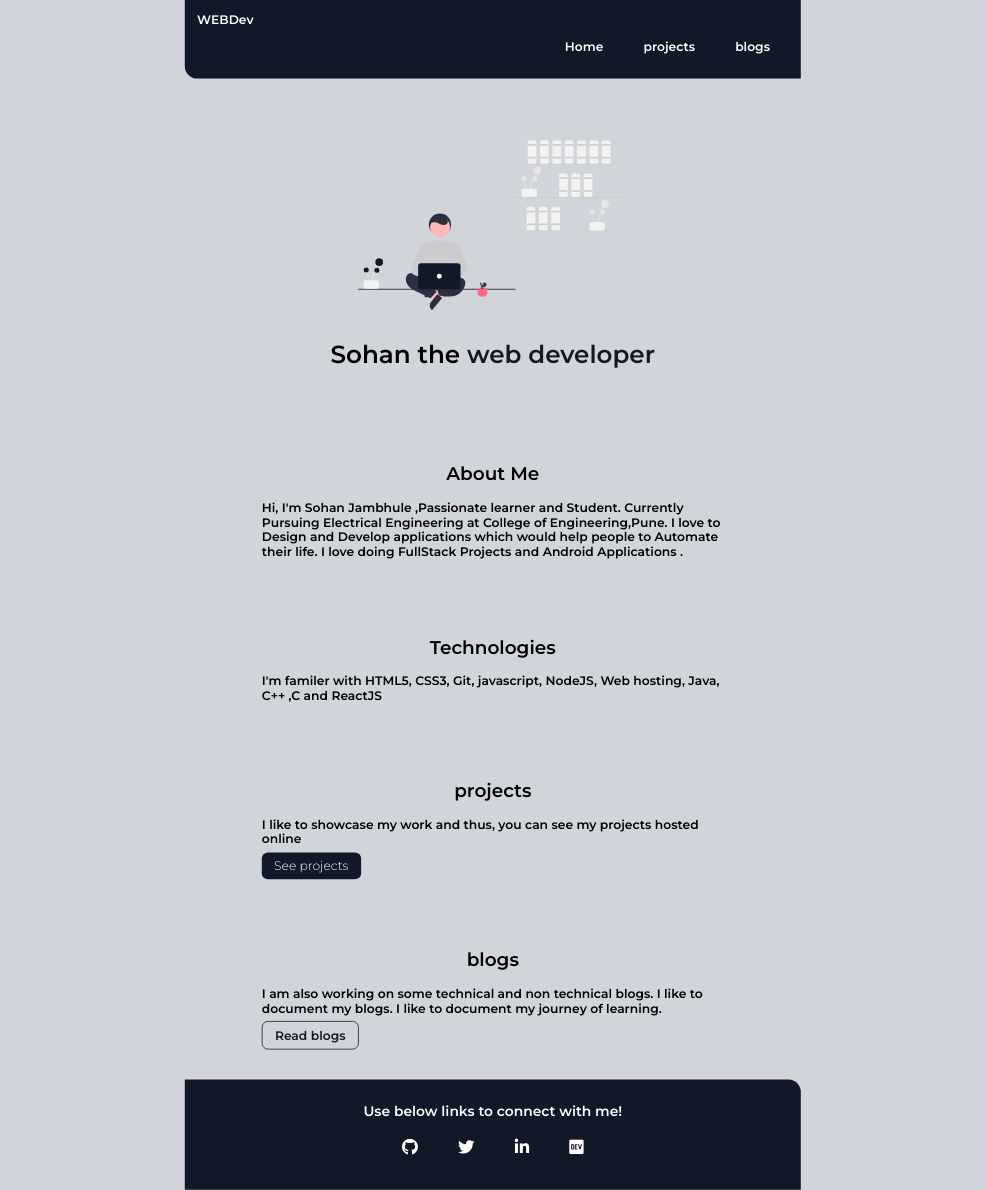
Repository: sohan2503001/Portfolio
Page: index.html
An editor plug-in stored every save of this project. The page is shown before and after the next save, followed by the edit.
The browser window is 1280 px wide. The pictures show the whole page, at 77% of full size.

Above is the page before, as saved 2021-05-26 12:03:03.

### index.html
<!DOCTYPE html>
<html lang="en">

<head>
  <meta charset="UTF-8" />
  <meta name="viewport" content="width=device-width, initial-scale=1.0" />
  <title>home | Sohan Jambhule</title>
  <link rel="stylesheet" href="style.css" />
  <link rel="stylesheet" href="https://cdnjs.cloudflare.com/ajax/libs/font-awesome/5.15.1/css/all.min.css">
  <link rel="stylesheet" href="https://cdn.jsdelivr.net/npm/boxicons@latest/css/boxicons.min.css">
  <link rel="icon" href="images/favicon.svg" sizes="any" type="image/svg+xml">

</head>

<body>

  <nav class="navigation container">
    <div class="nav-brand">WEBDev</div>
    <ul class="list-non-bullet nav-pills">
      <li class="list-item-inline">
        <a class="link link-active" href="/">Home</a>
      </li>
      <li class="list-item-inline">
        <a class="link link-active" href="projects.html">projects</a>
      </li>
      <li class="list-item-inline">
        <a class="link link-active" href="blogs.html">blogs</a>
      </li>
    </ul>
  </nav>

  <header class="hero">
    <img class="hero-img" src="images/hero.svg" alt="" />
    <h1 class="hero-heading">
      Sohan the <span class="heading-inverted"> web developer</span>
    </h1>
  </header>

  <section class="section ow">
    <div class="container container-center">
      <h1>About Me</h1>
      <p>
        Hi, I'm Sohan Jambhule ,Passionate learner and Student.
        Currently Pursuing Electrical Engineering at College of Engineering,Pune.
        I love to Design and Develop applications which would help people to Automate their life.
        I love doing FullStack Projects and Android Applications .
      </p>
    </div>
  </section>

  <section class="section">
    <div class="container container-center">
      <h1>Technologies</h1>
      <p>
        I'm familer with HTML5, CSS3, Git, javascript, NodeJS, Web hosting,
        Java, C++ ,C and ReactJS
      </p>
    </div>
  </section>

  <section class="section ow" style="padding-bottom: 30px;">
    <div class="container container-center">
      <h1>projects</h1>
      <p>
        I like to showcase my work and thus, you can see my projects hosted
        online
      </p>
      <a class="link link-primary" href="projects.html">See projects</a>
    </div>
  </section>

  <section class="section ">
    <div class="container container-center">
      <h1>blogs</h1>
      <p>
        I am also working on some technical and non technical blogs. I like to
        document my blogs. I like to document my journey of learning.
      </p>
      <a class="link link-secondary" href="blogs.html">Read blogs</a>
    </div>
  </section>

  <footer class="footer">

    <div class="footer-header">Use below links to connect with me!</div>
    <ul class="social-links list-non-bullet">
      <li class="list-item-inline">
        <a class="link" href="https://github.com/sohan2503001" target="_blank"><i class="fab fa-github fa-lg" aria-hidden="true"></i>
        </a>
      </li>
      <li class="list-item-inline">
        <a class="link" href="https://twitter.com/JambhuleSohan" target="_blank"><i class="fab fa-twitter fa-lg"></i>
        </a>
      </li>
      <li class="list-item-inline">
        <a class="link" href="https://www.linkedin.com/in/sohan-jambhule-144528198/" target="_blank"><i class="fab fa-linkedin-in fa-lg"></i>
        </a>
      </li>
      <li class="list-item-inline">
        <a class="link" href="https://dev.to/sohan25" target="_blank"><i class="fab fa-dev fa-lg"></i>
        </a>
      </li>
    </ul>

  </footer>

</body>
</html>

### style.css
@import url('https://fonts.googleapis.com/css2?family=Montserrat:wght@300;600&display=swap');

:root{
    --primary-color: #111827;
    --dark-gray: #4B5563;
    --off-white: #D1D5DB;
}

body {
    font-family: 'Montserrat', sans-serif;
    margin: auto;
    max-width: 800px;
    width: 100%;
    background-color: var(--off-white);
}

hr{
    margin: 2rem 0rem;
}

/** container **/
.container{
    padding: 0rem 1rem;
}

.container-center{
    max-width: 600px;
    margin: auto;
}

/** links **/
.link{
    text-decoration: none;
    padding: 0.5rem 1rem;
    /*margin: 1rem 0rem 1rem 0rem;*/
}

.link-primary{
    background-color: var(--primary-color);
    border-radius: 0.5rem;
    color:white;
}

.link-secondary{
    color: var(--primary-color);
    border-radius: 0.5rem;
    border: 1px solid var(--primary-color);
    font-weight: bold;
}

/** lists **/

.list-non-bullet{
    list-style: none;
}

.list-item-inline{
    display: inline;
    padding: 0rem 0.5rem;
}

/** navigation **/

.navigation{
    background-color: var(--primary-color);
    color: white;
    padding: 1rem;
    border-bottom-left-radius: 1rem;
}

.navigation .nav-brand{
    font-weight: bold;
}

.navigation .nav-pills{
    text-align: right;
}

.navigation .link{
    color: white;
}

.navigation .link-active{
    font-weight: bold;
}

/**header **/

.hero{
    padding: 2rem;
    padding-top: 5rem;
}

.hero .hero-img{
    max-width: 350px;
    display: block;
    margin: auto;
}

.hero .hero-heading{
    padding-top: 1rem;
    color: var(--dark-red);
    text-align: center;
}

.hero .hero-heading .heading-inverted{
    color: var(--primary-color)
}

/** section **/
.section{
    padding: 1rem;
    border-radius: 15px;
    margin: 2rem;
}

.section h1{
    text-align: center;
    font-weight: bolder;
}

.ow {
    background-color: var(--off-white);
}

.section p{
    font-weight: bold;
}

/**footer **/

.footer{
    background-color: var(--primary-color);
    padding: 1rem;
    text-align: center;
    color: white;
    border-top-right-radius: 1rem;
    padding: 30px 0;
}

.footer .link{
    color: white;
}

.footer .footer-header{
    font-weight: bold;
    font-size: large;padding-bottom: 10px;
}

.footer ul{
    padding-inline-start: 0px;
}

/**Projects**/
.box-contain{
    border: 2px solid var(--primary-color);
    padding: 1.5rem;
    border-top-left-radius: 15px;
    border-bottom-right-radius: 15px;
    margin: auto;
    margin-top: 1rem;
    margin-right: 1rem;
    background-color: white;
}

.link-button{
    display: flex;
}

.name-link{
    margin-right: 0.5rem;
}

After the next save:
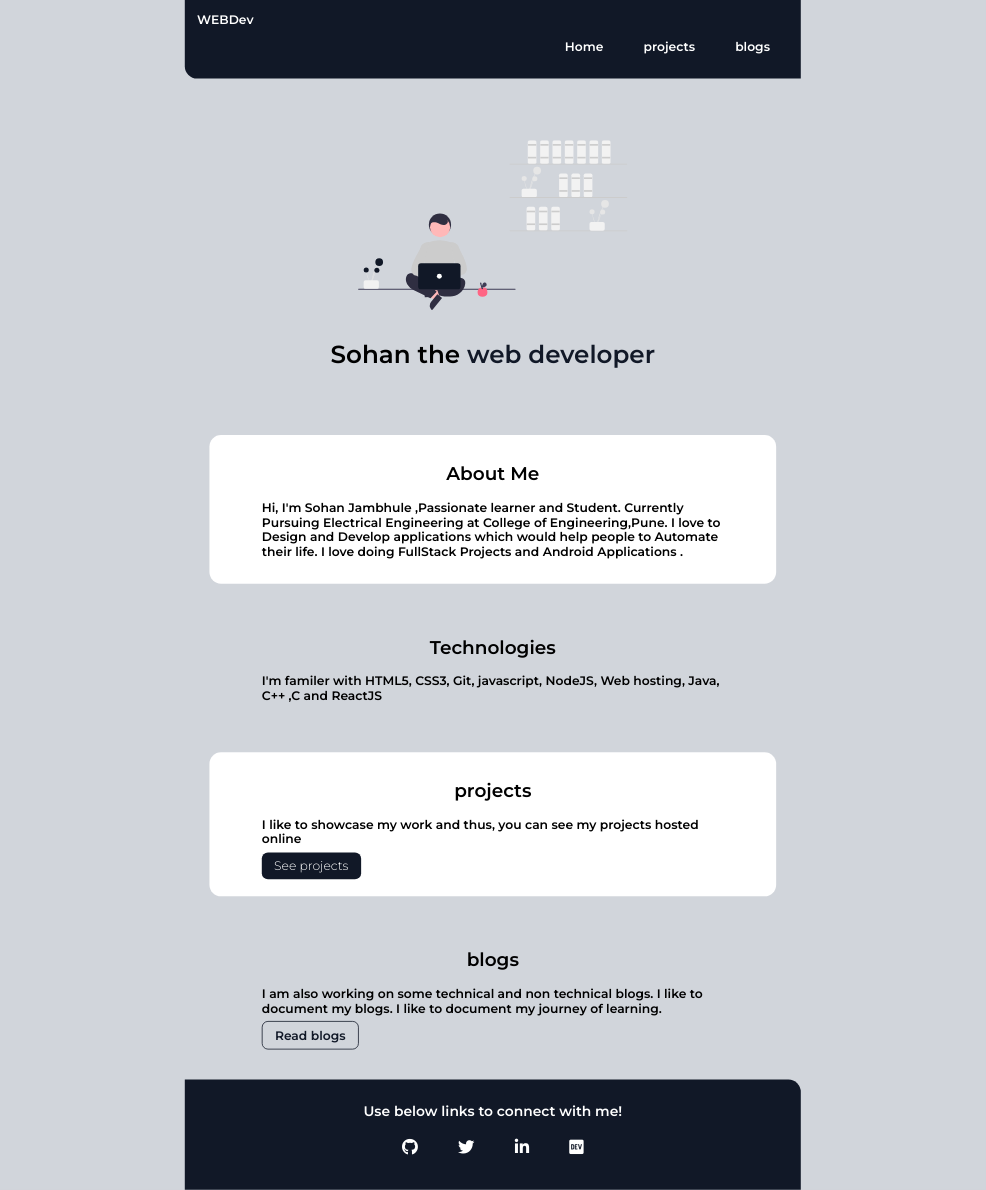
Saved 4 s later.
--- a/style.css
+++ b/style.css
@@ -120,7 +120,7 @@ hr{
 }
 
 .ow {
-    background-color: var(--off-white);
+    background-color: white;
 }
 
 .section p{
